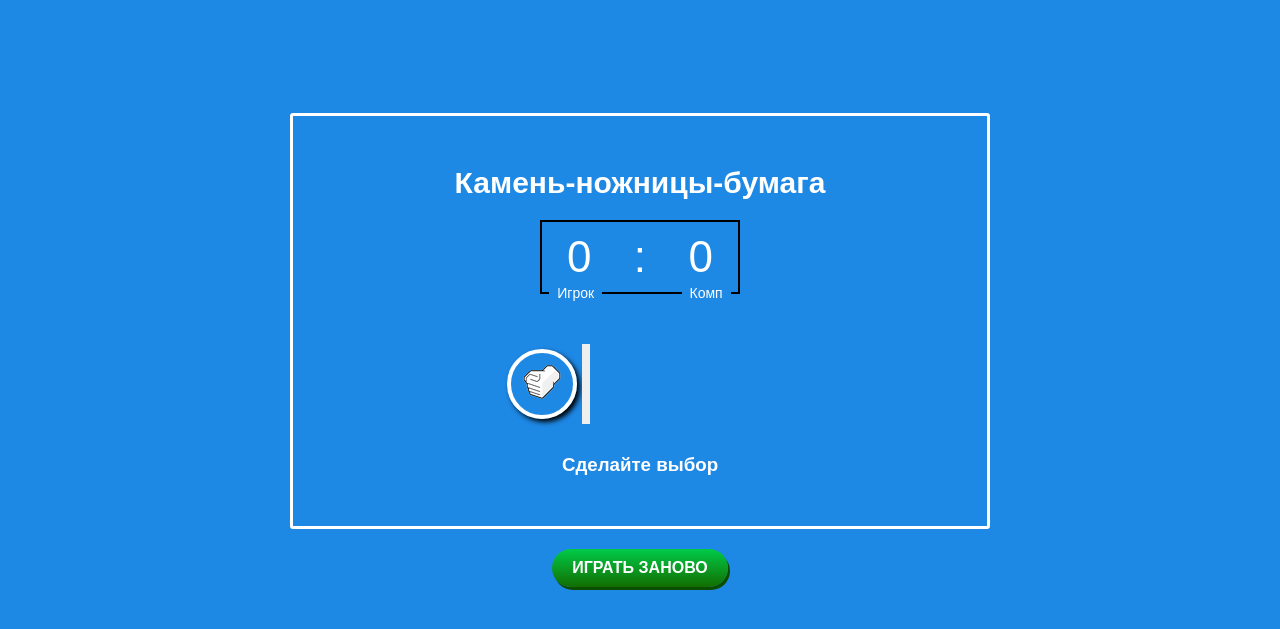
Repository: yevheniir/python_course_2020
Page: l5/Rock-Scissors-Paper(исходники)/index.html
These files come from the project's save history. The page is drawn as it stood at one moment and after a run of saves; the edit follows.
The browser window is 1280 px wide. The pictures show the whole page.

Above is the page before, as saved 2020-07-05 16:13:46.
Console error (its wording comes from the project's code and is left out).

After the next 2 saves:
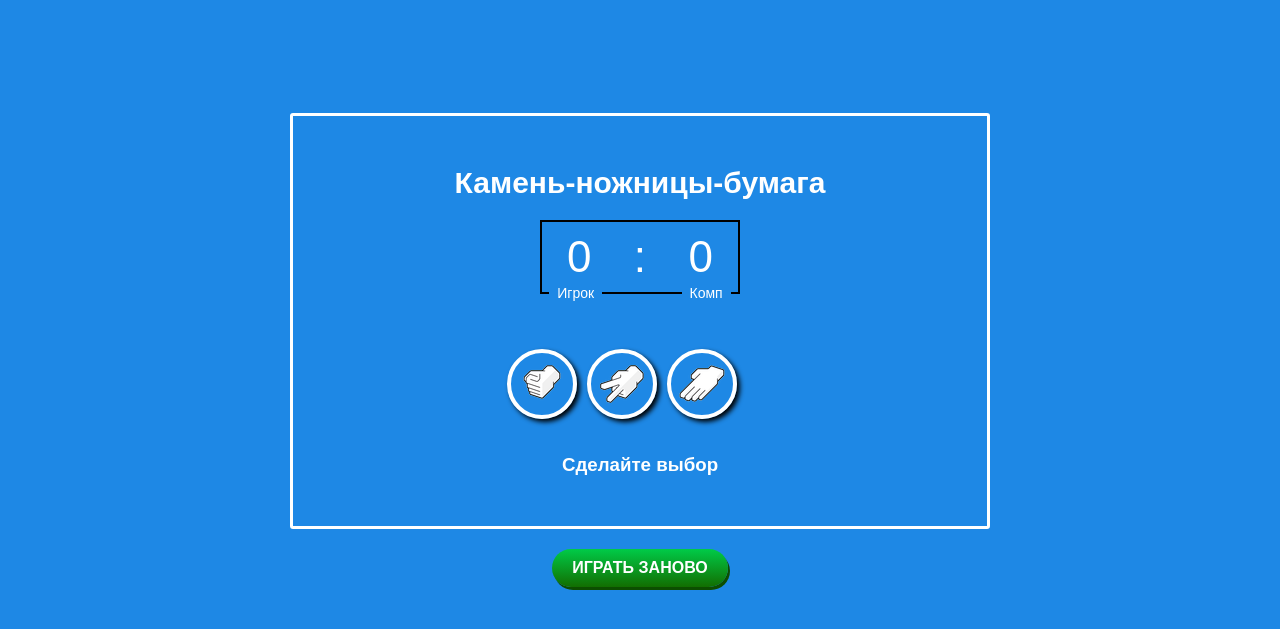
The error is gone.
The 2 saves are shown as one change because they came seconds apart.
The last was saved 6 s later.
--- a/l5/Rock-Scissors-Paper(исходники)/index.html
+++ b/l5/Rock-Scissors-Paper(исходники)/index.html
@@ -26,8 +26,8 @@
 		<div class="figure-container">
 			<div class="user-field">
 				<button onclick="showDetails()" class="field rock" data-field="r"></button>
-				<button onclick="showDetails(this) class="field scissors" data-field="s"></button>
-				<button onclick="showDetails(this) class="field paper" data-field="p"></button>
+				<button onclick="showDetails()" class="field scissors" data-field="s"></button>
+				<button onclick="showDetails()" class="field paper" data-field="p"></button>
 			</div>
 		</div>
 		<h3 class="result">Сделайте выбор</h3>
